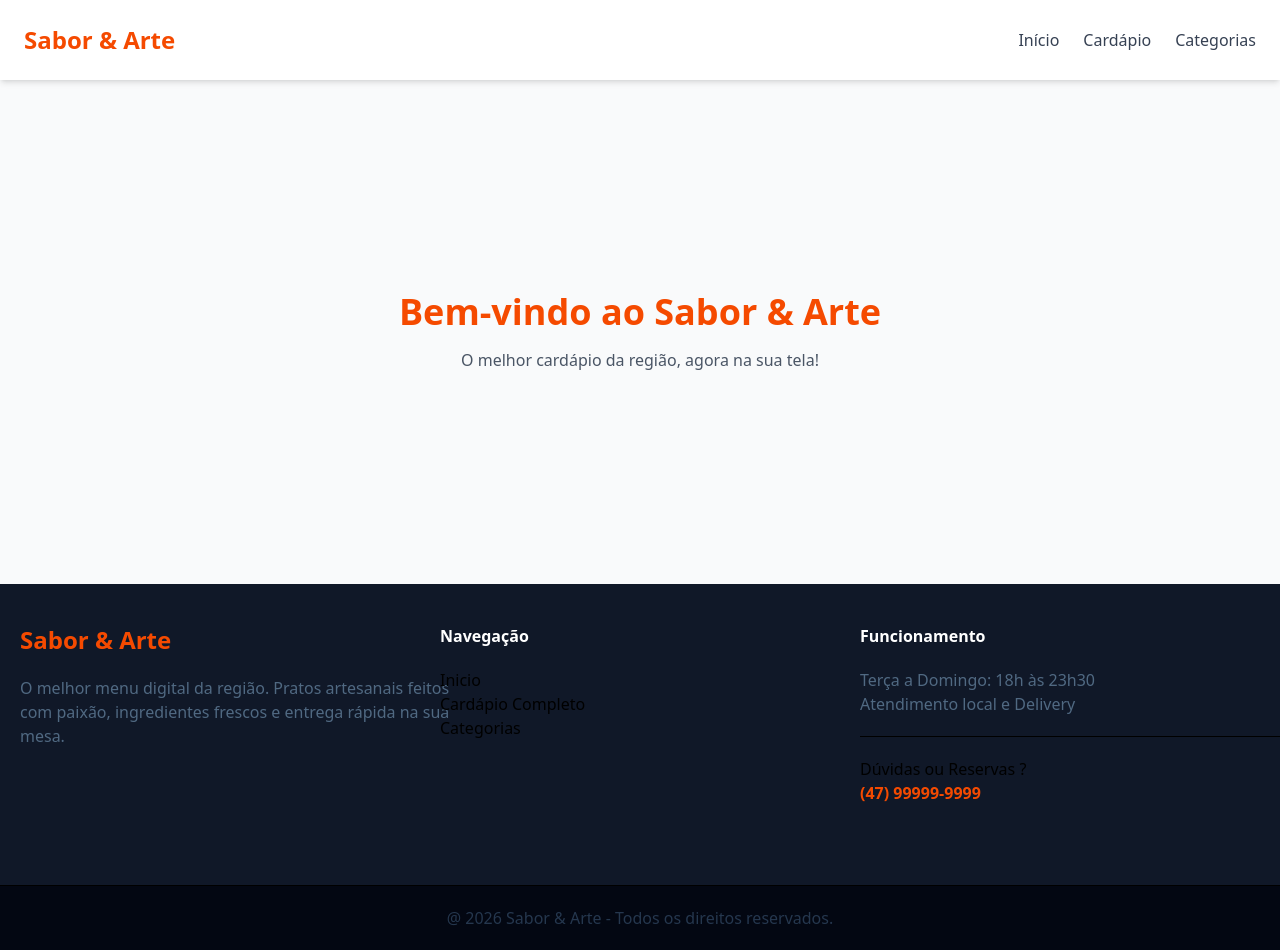
Repository: DiegoWWeege/pair-programming-next-js
Page: / (app in next-js-project/)
The author's editor kept a copy of each file at every save. The page is drawn from the files as they stood at one save, then again after a run of saves.
The browser window is 1280 px wide. The pictures show the whole page.
The project was rebuilt for these pictures with package versions that can differ from the ones it lists, and the page was loaded fresh each time. The framework's server and built-in components were replaced by stand-ins that run in the browser. Also part of the build but not shown: next-js-project/next.config.ts.

Above is the page before, as saved 2026-09-18 18:56:39.

After the next 2 saves:
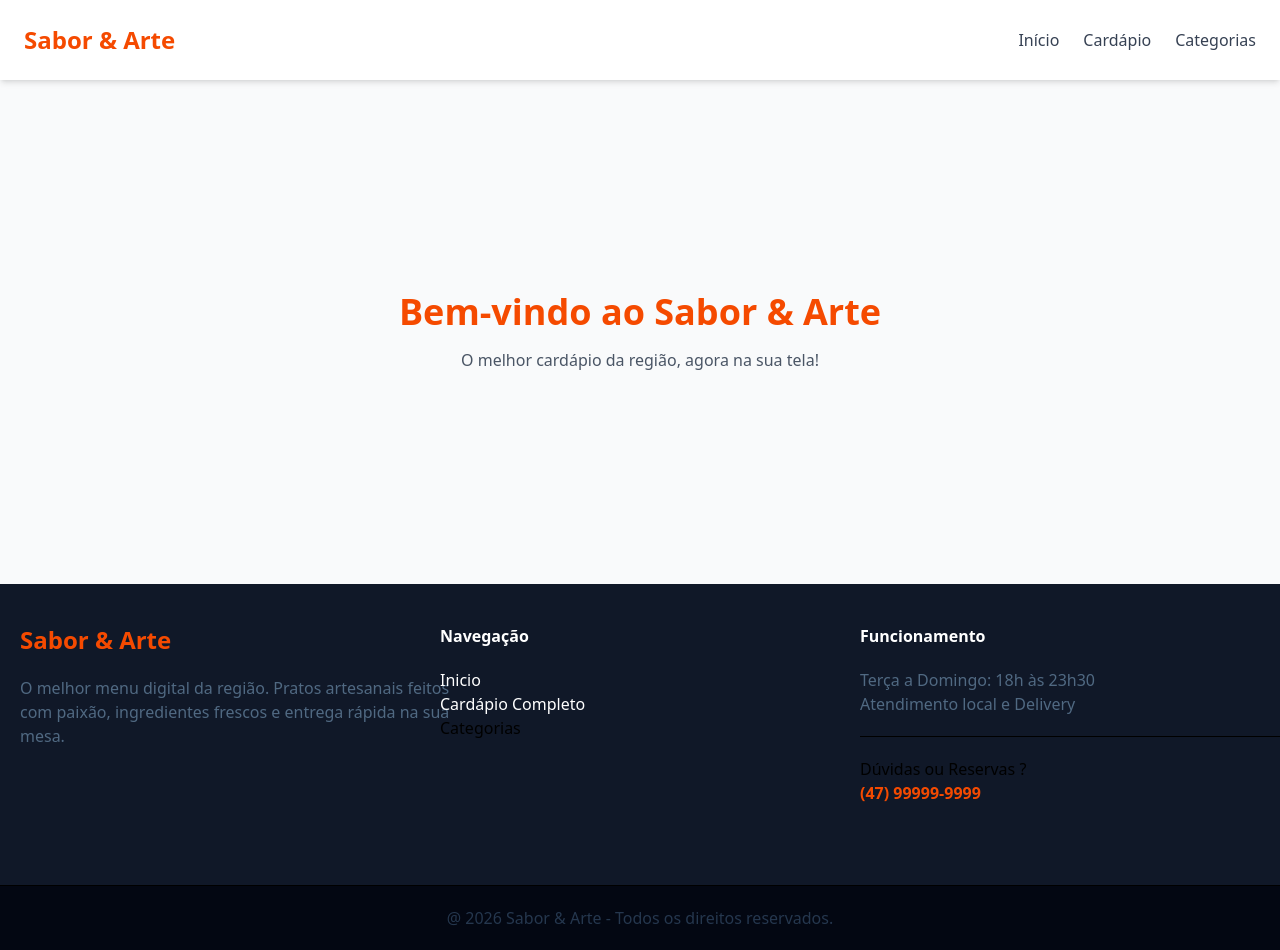
The 2 saves are shown as one change because they came seconds apart.
The last was saved 8 s later.
--- a/next-js-project/src/components/Footer.tsx
+++ b/next-js-project/src/components/Footer.tsx
@@ -22,8 +22,8 @@ export default function Footer(){
                         Navegação
                     </h3>
 
-                    <Link className = "block font-white" href="/">Inicio</Link>
-                    <Link className = "block" href="/cardapio">Cardápio Completo</Link>
+                    <Link className = "block text-white" href="/">Inicio</Link>
+                    <Link className = "block text-white" href="/cardapio">Cardápio Completo</Link>
                     <Link className = "block" href="/categorias">Categorias</Link>
                 </div>
 
